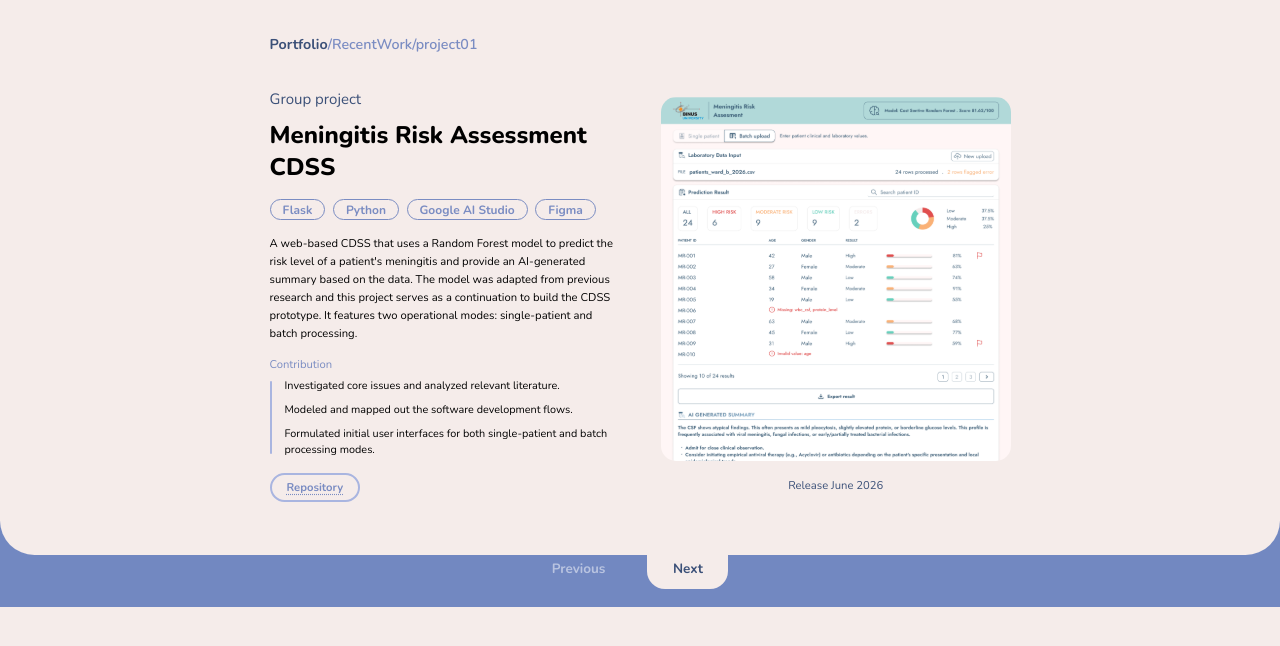
Repository: L-vy/L-vy
Page: /recentworks/project01
These files come from the project's save history. The page is drawn as it stood at one moment and after a run of saves; the edit follows.
The browser window is 1280 px wide. The pictures show the whole page.
Some web fonts or font styles are not loaded; a fallback is used. The project was rebuilt for these pictures with package versions that can differ from the ones it lists, and the page was loaded fresh each time. Also part of the build but not shown: vite.config.ts, src/components/Icon.tsx, src/data/site.ts, src/components/useGoTo.ts, src/components/Navbar.tsx, src/components/Hero.tsx, src/components/Reveal.tsx, src/components/Skills.tsx and 9 more.

Above is the page before, as saved 2026-10-07 20:19:22.

### index.html
<!doctype html>
<html lang="en">
  <head>
    <meta charset="UTF-8" />
    <meta name="viewport" content="width=device-width, initial-scale=1.0" />
    <meta name="description" content="Portfolio of Latasha Ivy Khoe, Computer Science student specializing in Cloud Technology, UI/UX design and full-stack development." />
    <meta name="theme-color" content="#7288c1" />
    <link rel="icon" href="/images/ivy-logo.svg" />
    <link rel="preconnect" href="https://fonts.googleapis.com" />
    <link rel="preconnect" href="https://fonts.gstatic.com" crossorigin />
    <link href="https://fonts.googleapis.com/css2?family=Nunito:ital,wght@0,400;0,600;0,700;0,800;1,400&family=Playwrite+US+Modern:wght@100..400&display=swap" rel="stylesheet" />
    <title>Latasha Ivy Khoe | Portfolio</title>
  </head>
  <body>
    <div id="root"></div>
    <script type="module" src="/src/main.tsx"></script>
  </body>
</html>

### src/main.tsx
import { StrictMode } from 'react'
import { createRoot } from 'react-dom/client'
import App from './App'
import './styles.css'
createRoot(document.getElementById('root')!).render(<StrictMode><App /></StrictMode>)

### src/App.tsx
import { BrowserRouter, Route, Routes } from 'react-router-dom'
import Home from './pages/Home'
import ProjectDetails from './pages/ProjectDetails'
import CursorCircle from './components/CursorCircle'
export default function App() {
  return (
    <BrowserRouter>
      <CursorCircle />
      <Routes>
        <Route path="/" element={<Home />} />
        <Route path="/recentworks/:id" element={<ProjectDetails />} />
        <Route path="*" element={<Home />} />
      </Routes>
    </BrowserRouter>
  )
}

### src/pages/ProjectDetails.tsx
import { useEffect } from 'react'
import { Link, Navigate, useNavigate, useParams } from 'react-router-dom'
import { projects } from '../data/projects'
export default function ProjectDetails() {
  const { id } = useParams(); const nav = useNavigate()
  const i = projects.findIndex(p => p.id === id)
  useEffect(() => { window.scrollTo(0, 0) }, [id])
  if (i < 0) return <Navigate to="/" replace />
  const p = projects[i], prev = projects[i - 1], next = projects[i + 1]
  const isLast = !next
  return (<>
    <main className="page detail">
      <p className="path">
        <button className="crumb" onClick={() => nav('/', { state: { scrollTo: 'recent-works' } })}><b>Portfolio</b>/RecentWork</button>/{p.id}
      </p>
      <div className="detail-grid">
        <div>
          <p className="meta">{p.type}</p>
          <h1 className="detail-title">{p.title}</h1>
          {/* <ul className="pills left">{p.categories.map(c => <li key={c} className="pill solid-outline">{c}</li>)}</ul>
          <p className="meta">{p.tools.join(' · ')} · {p.type}</p> */}
          <ul className="pills left" aria-label="Tools">{p.tools.map(t => <li key={t} className="pill solid-outline">{t}</li>)}</ul>
          <p className="lead sm">{p.description}</p>
          <h2 className="contrib">Contribution</h2>
          <ul className="contrib-list">{p.contributions.map(c => <li key={c}>{c}</li>)}</ul>
          <div className="detail-links">{p.links.map(l => <a key={l.label} className="pill link-dotted" href={l.url} target="_blank" rel="noreferrer">{l.label}</a>)}</div>
        </div>
        <figure className="proto">
          <img src={p.prototypeImage} alt={`${p.title} prototype`} />
          <figcaption>Release {p.releaseDate}</figcaption>
        </figure>
      </div>
    </main>
    <div className="pager">
      {/* {prev ? <Link className="pager-btn prev" to={`/recentworks/${prev.id}`}>Previous</Link> : <span className="pager-btn prev off">Previous</span>}
      {next ? <Link className="pager-btn" to={`/recentworks/${next.id}`}>Next</Link> : <span className="pager-btn off">Next</span>} */}
      {prev ? <Link className={`pager-btn${isLast ? ' hang' : ''}`} to={`/recentworks/${prev.id}`}>Previous</Link> : <span className={`pager-btn off${isLast ? ' hang' : ''}`}>Previous</span>}
      {next ? <Link className={`pager-btn${isLast ? '' : ' hang'}`} to={`/recentworks/${next.id}`}>Next</Link> : <span className={`pager-btn off${isLast ? '' : ' hang'}`}>Next</span>}
    </div>
  </>)
}

### src/components/CursorCircle.tsx
import { useEffect, useRef } from 'react'
// Soft circle that follows the pointer and expands over buttons/links. Hidden on touch devices.
export default function CursorCircle() {
  const ref = useRef<HTMLDivElement>(null)
  useEffect(() => {
    if (!window.matchMedia('(hover: hover) and (pointer: fine)').matches) return
    const el = ref.current!
    const move = (e: MouseEvent) => {
      const over = (e.target as Element | null)?.closest('a,button,[data-cursor]')
      el.style.transform = `translate(${e.clientX}px,${e.clientY}px) translate(-50%,-50%) scale(${over ? 1 : 0})`
    }
    const leave = () => { el.style.transform = 'translate(-100px,-100px) scale(0)' }
    window.addEventListener('mousemove', move); document.addEventListener('mouseleave', leave)
    return () => { window.removeEventListener('mousemove', move); document.removeEventListener('mouseleave', leave) }
  }, [])
  return <div ref={ref} className="cursor-circle" aria-hidden="true" />
}

### src/data/projects.ts
export interface ProjectLink { label: string; url: string }
export interface Project {
  id: string; title: string; shortDescription: string; description: string
  image: string; prototypeImage: string; categories: string[]; tools: string[]; type: string
  links: ProjectLink[]; releaseDate: string; contributions: string[]
}
const img = (name: string) => `/images/projects/${name}.svg`
export const projects: Project[] = [
  {
    id: 'project01', title: 'Meningitis Risk Assessment CDSS',
    shortDescription: 'Clinical decision support for meningitis risk.',
    description: "A web-based CDSS that uses a Random Forest model to predict the risk level of a patient's meningitis and provide an AI-generated summary based on the data. The model was adapted from previous research and this project serves as a continuation to build the CDSS prototype. It features two operational modes: single-patient and batch processing.",
    image: img('cdss-meningitis'), prototypeImage: img('cdss-meningitis'), categories: ['Application Development', 'UI/UX'],
    tools: ['Flask', 'Python', 'Google AI Studio', 'Figma'], type: 'Group project',
    links: [{ label: 'Repository', url: 'https://github.com/chrysan95/meningitis_risk_assessment' }], releaseDate: 'June 2026',
    contributions: ['Investigated core issues and analyzed relevant literature.', 'Modeled and mapped out the software development flows.', 'Formulated initial user interfaces for both single-patient and batch processing modes.'],
  },
  {
    id: 'project02', title: 'Klerve', shortDescription: 'Haptic pen and AI app that helps people with ADHD regain focus.',
    description: "This project, which started as an ideation, is designed to help individuals with ADHD or focus difficulties by using a haptic pen connected to an app. The AI-based system tracks body and eye movements, then provides vibration alerts that help users regain focus. It aligns with Google.org's focus on education while implementing human-centered AI technology.",
    image: img('klerve'), prototypeImage: img('klerve'), categories: ['UI/UX'], tools: ['Figma'], type: 'Group project',
    links: [{ label: 'Proposal', url: 'https://drive.google.com/file/d/1Z4kwclvYXWxlEG2Ly2cNN0OCXOssgMGx/view?usp=sharing' }, { label: 'Video', url: 'https://youtu.be/0q1nO0iuCGU?si=mCvCKTX16-4OYDPh' }],
    releaseDate: 'March 2026',
    contributions: ['Researched target user needs and primary focus challenges.', 'Structured and designed the proposal layout for a highly readable review.', 'Assisted in designing initial interface concepts for the prototype app.'],
  },
  {
    id: 'project03', title: 'Ducky', shortDescription: 'Gamified flashcard app for smarter university studying.',
    description: 'Ducky is a gamified learning application made for university students who have trouble building a proper learning strategy. Built on a simple, memory-focused flashcard app, it makes studying more engaging and digestible in a shorter span of time. Each day presents a daily quest to unlock Ducky skins, completed by checking off to-do lists or earning XP in the training hall.',
    image: img('ducky'), prototypeImage: img('ducky'), categories: ['UI/UX'], tools: ['Figma'], type: 'Self-initiated project',
    links: [{ label: 'Prototype', url: 'https://www.figma.com/proto/vDHKPYqVWF5EF2O1UojpyD/Final-Project-UI-UX?node-id=77-3&p=f&viewport=-196%2C-27%2C0.02&t=XdKJMJBtwxoFTxZr-1&scaling=scale-down&content-scaling=fixed&starting-point-node-id=77%3A3&show-proto-sidebar=1&page-id=37%3A4298' }, { label: 'Overview', url: 'https://drive.google.com/file/d/1gh3WKY70dS-ZdYFia5I56Ok9MZQVw0ZY/view?usp=sharing' }],
    releaseDate: 'May 2025',
    contributions: ['Researched user needs through targeted surveys.', 'Designed interactive app prototype layouts.', 'Conducted app evaluations and user testing.', 'Structured the case study presentation and wireframes.'],
  },
  {
    id: 'project04', title: 'Perfect Farm', shortDescription: 'Marketplace for odd-looking produce to reduce food waste.',
    description: 'An online platform that enables farmers to sell odd-looking fruits and vegetables directly to consumers. These products are still fit for consumption but do not meet standard market appearances. The project aims to reduce food waste and give consumers affordable yet healthy diets, supporting UN Sustainable Development Goals 1, 2, and 10.',
    image: img('perfect-farm'), prototypeImage: img('perfect-farm'), categories: ['UI/UX'], tools: ['Figma'], type: 'Group project',
    links: [{ label: 'Prototype', url: 'https://www.figma.com/proto/0NArwISPxhp6qkAFpMuTFR/GoGlobal-Innovation?node-id=26-292&p=f&viewport=103%2C214%2C0.21&t=yB5uVCZkxzJckIVd-1&scaling=min-zoom&content-scaling=fixed&page-id=24%3A2' }, { label: 'Overview', url: 'https://canva.link/1w0f1v8fhv46lss' }],
    releaseDate: 'June 2025',
    contributions: ['Researched food waste relevancy across UK and SEA regions.', 'Formatted and structured the presentation layout.', 'Designed initial customer and farmer interface prototype layouts and app logo.'],
  },
]

### src/components/ProjectSidebar.tsx
import { Link } from 'react-router-dom'
import { projects } from '../data/projects'

const pad = (n: number) => String(n + 1).padStart(2, '0')

export default function ProjectSidebar({ index }: { index: number }) {
  const prev = projects[index - 1], next = projects[index + 1]
  return (
    <aside className="side">
      <nav className="steps" aria-label="Projects">
        {projects.map((q, n) => (
          <Link
            key={q.id}
            to={`/recentworks/${q.id}`}
            className={`step fx${n === index ? ' on' : ''}`}   {/* RULE 2: 'on' = cream tab */}
            aria-label={`Project ${n + 1}: ${q.title}`}
            aria-current={n === index ? 'page' : undefined}
          >{pad(n)}</Link>
        ))}
      </nav>
      <nav className="side-nav" aria-label="Previous and next project">
        {/* RULE 3: no prev → first page → 'edge' (light blue) */}
        {prev
          ? <Link className="side-btn" to={`/recentworks/${prev.id}`}>Previous</Link>
          : <span className="side-btn edge" aria-disabled="true">Previous</span>}
        {/* RULE 3: no next → last page → 'edge' (light blue) */}
        {next
          ? <Link className="side-btn" to={`/recentworks/${next.id}`}>Next</Link>
          : <span className="side-btn edge" aria-disabled="true">Next</span>}
      </nav>
    </aside>
  )
}

Loaded but not shown: src/styles.css (166 lines, source omitted)

After the next 2 saves:
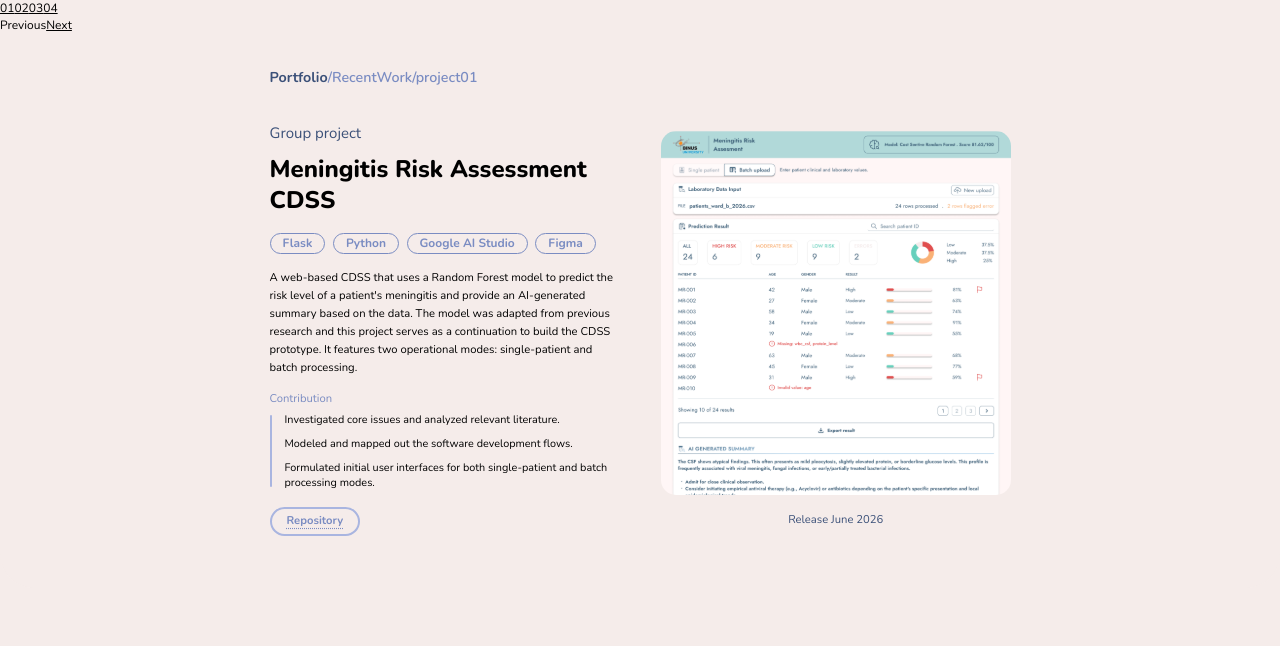
The 2 saves are shown as one change because 1 did not build or start.
The last was saved 5 min 14 s later.
--- a/src/pages/ProjectDetails.tsx
+++ b/src/pages/ProjectDetails.tsx
@@ -1,16 +1,18 @@
 import { useEffect } from 'react'
-import { Link, Navigate, useNavigate, useParams } from 'react-router-dom'
+import { Navigate, useNavigate, useParams } from 'react-router-dom'
 import { projects } from '../data/projects'
+import ProjectSidebar from '../components/ProjectSidebar'
 export default function ProjectDetails() {
   const { id } = useParams(); const nav = useNavigate()
   const i = projects.findIndex(p => p.id === id)
   useEffect(() => { window.scrollTo(0, 0) }, [id])
   if (i < 0) return <Navigate to="/" replace />
-  const p = projects[i], prev = projects[i - 1], next = projects[i + 1]
-  const isLast = !next
-  return (<>
-    <main className="page detail">
-      <p className="path">
+  const p = projects[i]
+  return (
+    <div className="detail-shell">
+      <ProjectSidebar index={i} />      {/* first in the DOM = left side */}
+      <main className="page detail">
+        <p className="path">
         <button className="crumb" onClick={() => nav('/', { state: { scrollTo: 'recent-works' } })}><b>Portfolio</b>/RecentWork</button>/{p.id}
       </p>
       <div className="detail-grid">
@@ -30,12 +32,45 @@ export default function ProjectDetails() {
           <figcaption>Release {p.releaseDate}</figcaption>
         </figure>
       </div>
-    </main>
-    <div className="pager">
-      {/* {prev ? <Link className="pager-btn prev" to={`/recentworks/${prev.id}`}>Previous</Link> : <span className="pager-btn prev off">Previous</span>}
-      {next ? <Link className="pager-btn" to={`/recentworks/${next.id}`}>Next</Link> : <span className="pager-btn off">Next</span>} */}
-      {prev ? <Link className={`pager-btn${isLast ? ' hang' : ''}`} to={`/recentworks/${prev.id}`}>Previous</Link> : <span className={`pager-btn off${isLast ? ' hang' : ''}`}>Previous</span>}
-      {next ? <Link className={`pager-btn${isLast ? '' : ' hang'}`} to={`/recentworks/${next.id}`}>Next</Link> : <span className={`pager-btn off${isLast ? '' : ' hang'}`}>Next</span>}
+      </main>
     </div>
-  </>)
+  )
 }
+// export default function ProjectDetails() {
+//   const { id } = useParams(); const nav = useNavigate()
+//   const i = projects.findIndex(p => p.id === id)
+//   useEffect(() => { window.scrollTo(0, 0) }, [id])
+//   if (i < 0) return <Navigate to="/" replace />
+//   const p = projects[i], prev = projects[i - 1], next = projects[i + 1]
+//   const isLast = !next
+//   return (<>
+//     <main className="page detail">
+//       <p className="path">
+//         <button className="crumb" onClick={() => nav('/', { state: { scrollTo: 'recent-works' } })}><b>Portfolio</b>/RecentWork</button>/{p.id}
+//       </p>
+//       <div className="detail-grid">
+//         <div>
+//           <p className="meta">{p.type}</p>
+//           <h1 className="detail-title">{p.title}</h1>
+//           {/* <ul className="pills left">{p.categories.map(c => <li key={c} className="pill solid-outline">{c}</li>)}</ul>
+//           <p className="meta">{p.tools.join(' · ')} · {p.type}</p> */}
+//           <ul className="pills left" aria-label="Tools">{p.tools.map(t => <li key={t} className="pill solid-outline">{t}</li>)}</ul>
+//           <p className="lead sm">{p.description}</p>
+//           <h2 className="contrib">Contribution</h2>
+//           <ul className="contrib-list">{p.contributions.map(c => <li key={c}>{c}</li>)}</ul>
+//           <div className="detail-links">{p.links.map(l => <a key={l.label} className="pill link-dotted" href={l.url} target="_blank" rel="noreferrer">{l.label}</a>)}</div>
+//         </div>
+//         <figure className="proto">
+//           <img src={p.prototypeImage} alt={`${p.title} prototype`} />
+//           <figcaption>Release {p.releaseDate}</figcaption>
+//         </figure>
+//       </div>
+//     </main>
+//     <div className="pager">
+//       {/* {prev ? <Link className="pager-btn prev" to={`/recentworks/${prev.id}`}>Previous</Link> : <span className="pager-btn prev off">Previous</span>}
+//       {next ? <Link className="pager-btn" to={`/recentworks/${next.id}`}>Next</Link> : <span className="pager-btn off">Next</span>} */}
+//       {prev ? <Link className={`pager-btn${isLast ? ' hang' : ''}`} to={`/recentworks/${prev.id}`}>Previous</Link> : <span className={`pager-btn off${isLast ? ' hang' : ''}`}>Previous</span>}
+//       {next ? <Link className={`pager-btn${isLast ? '' : ' hang'}`} to={`/recentworks/${next.id}`}>Next</Link> : <span className={`pager-btn off${isLast ? '' : ' hang'}`}>Next</span>}
+//     </div>
+//   </>)
+// }
--- a/src/components/ProjectSidebar.tsx
+++ b/src/components/ProjectSidebar.tsx
@@ -12,7 +12,8 @@ export default function ProjectSidebar({ index }: { index: number }) {
           <Link
             key={q.id}
             to={`/recentworks/${q.id}`}
-            className={`step fx${n === index ? ' on' : ''}`}   {/* RULE 2: 'on' = cream tab */}
+            // RULE 2: 'on' = cream tab
+            className={`step fx${n === index ? ' on' : ''}`}
             aria-label={`Project ${n + 1}: ${q.title}`}
             aria-current={n === index ? 'page' : undefined}
           >{pad(n)}</Link>
